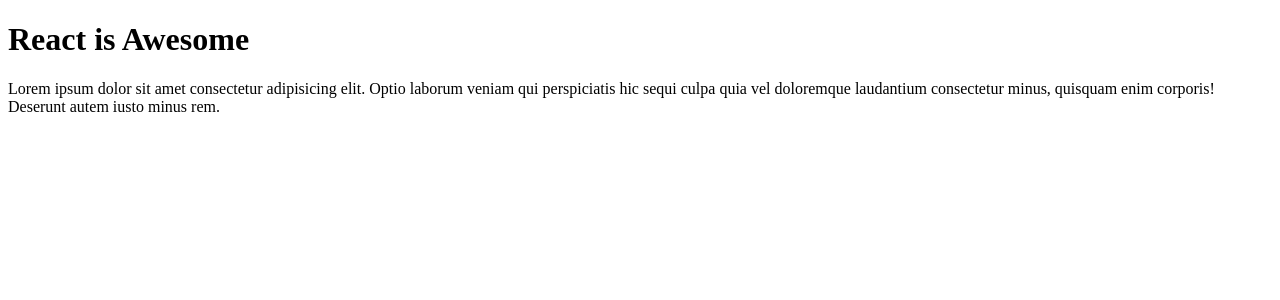
Repository: Jinontheclock/COMP3170_Assignment
Page: /
An editor plug-in stored every save of this project. The page is shown before and after the next save, followed by the edit.
The browser window is 1280 px wide. The pictures show the whole page.
The project was rebuilt for these pictures with package versions that can differ from the ones it lists, and the page was loaded fresh each time. Also part of the build but not shown: vite.config.js, src/index.css.

Above is the page before, as saved 2025-09-08 15:41:04.

After the next save:
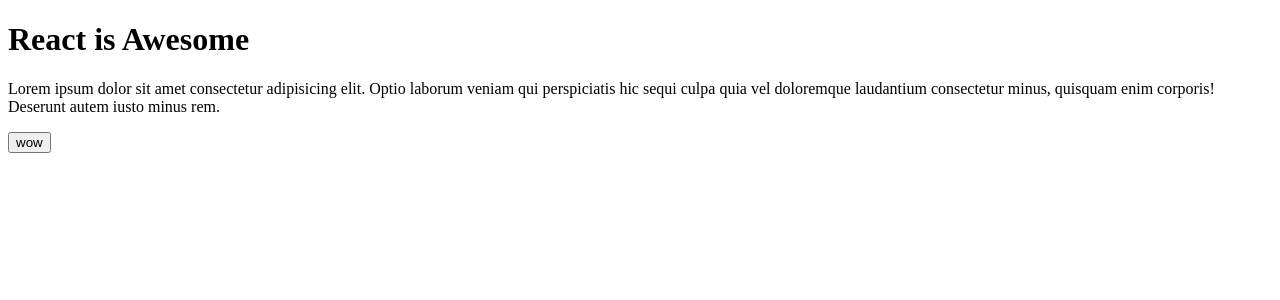
Saved 15 s later.
--- a/src/App.jsx
+++ b/src/App.jsx
@@ -3,6 +3,7 @@
     <div>
       <h1>React is Awesome</h1>
       <p>Lorem ipsum dolor sit amet consectetur adipisicing elit. Optio laborum veniam qui perspiciatis hic sequi culpa quia vel doloremque laudantium consectetur minus, quisquam enim corporis! Deserunt autem iusto minus rem.</p>
+      <button>wow</button>
     </div>
   )
 }
